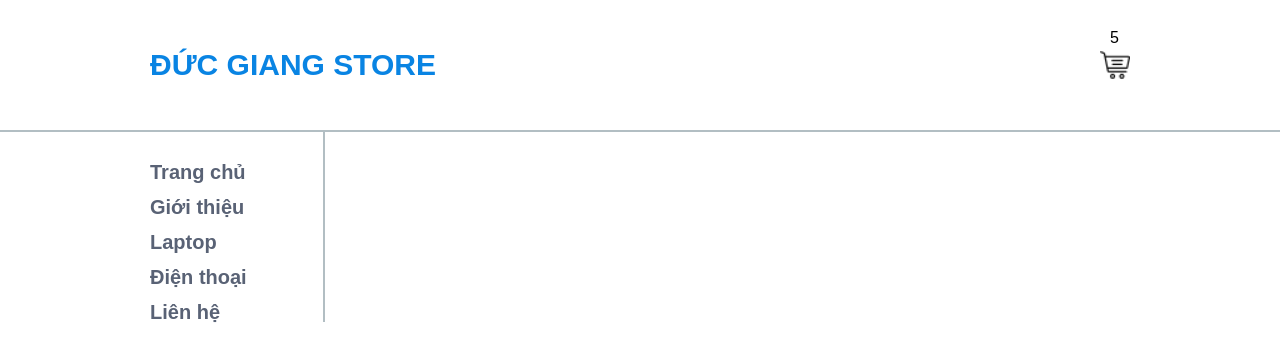
Repository: Giangattt123/PHP
Page: http://localhost/?mod=product&act=main&cat_id=2
These files come from the project's save history. The page is drawn as it stood at one moment and after the next save; the edit follows.
The browser window is 1280 px wide. The pictures show the whole page.
Some web libraries are served in a nearby version. The page is run by PHP 8.4 with error messages shown; the project is at /var/www/html/.

Above is the page before, as saved 2023-03-20 14:39:25.
Console error: TypeError: Cannot read properties of null (reading 'addEventListener')

After the next save:
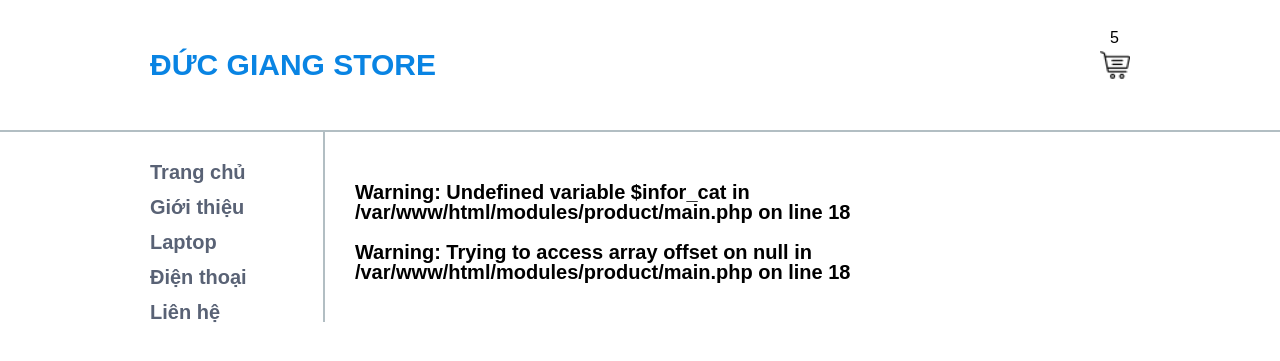
Saved 5 min 1 s later.
--- a/PHP_Shopping-Cart/Shopping_Cart/modules/product/main.php
+++ b/PHP_Shopping-Cart/Shopping_Cart/modules/product/main.php
@@ -13,7 +13,11 @@
         <?php get_sidebar(); ?>
         <!-- dữ liệu về sản phẩm -->
         <div class="menu-content">
-
+            <div class="section list-cat">
+                <div class="section-head">
+                    <h3 class="section-title"><?php echo $infor_cat['cat_title'];?></h3>
+                </div>
+            </div>
         </div>
     </div>
 </div>

After the save that followed:
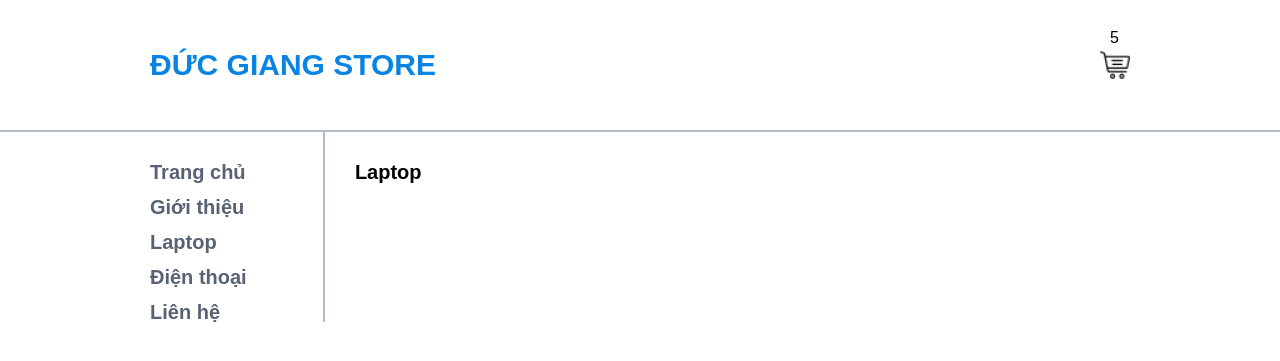
Saved 14 s later.
--- a/PHP_Shopping-Cart/Shopping_Cart/modules/product/main.php
+++ b/PHP_Shopping-Cart/Shopping_Cart/modules/product/main.php
@@ -15,7 +15,7 @@
         <div class="menu-content">
             <div class="section list-cat">
                 <div class="section-head">
-                    <h3 class="section-title"><?php echo $infor_cat['cat_title'];?></h3>
+                    <h3 class="section-title"><?php echo $info_cat['cat_title'];?></h3>
                 </div>
             </div>
         </div>
